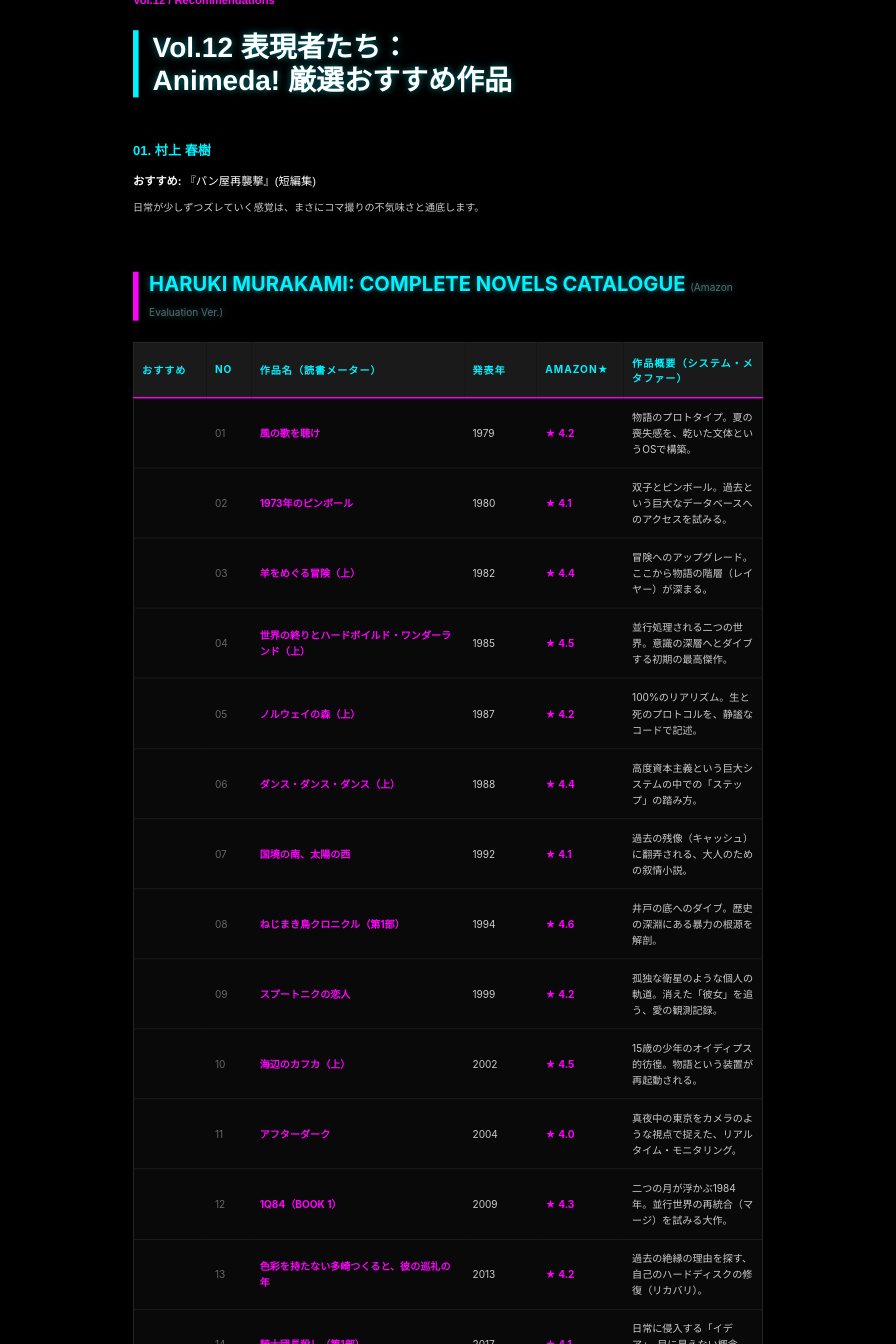
Repository: hamagoro/my-animation-site
Page: episodes/vol12-osusu.html
These files come from the project's save history. The page is drawn as it stood at one moment and after the next save; the edit follows.
The browser window is 1280 px wide. The pictures show the part of the page from y = 573 to 2493 px (the page is 5161 px tall before and 5079 px after), at 70% of full size.

Above is the page before, as saved 2026-01-31 21:38:10.

### episodes/vol12-osusu.html
<!DOCTYPE html>
<html lang="ja">
<head>
    <meta charset="UTF-8">
    <meta name="viewport" content="width=device-width, initial-scale=1.0">
    <title>Vol.12 おすすめ作品リスト - ストップモーションアニメ通信</title>
    <link rel="icon" href="../images/logo2.webp" type="image/webp">
    <link rel="stylesheet" href="../style.css">
</head>
<body style="background-color: #000; color: #fff;">

    <header class="main-header">
        <img src="../images/logo.webp" alt="The Animeda! Project" class="header-logo">
        <h1 class="header-title">ストップモーションアニメ通信</h1>
        <p class="header-subtitle">物質と魂が交差する、1fpsのアーカイブ</p>
    </header>

    <nav style="padding: 10px; display: flex; justify-content: space-between; font-weight: bold; max-width: 900px; margin: 0 auto; border-bottom: 1px solid #333; font-size: 0.8rem;">
        <a href="vol12.html" style="color: #00f2ff; text-decoration: none;">← Vol.12に戻る</a>
        <a href="../index.html" style="color: #ff00ff; text-decoration: none;">INDEXへ →</a>
    </nav>

    <article class="episode-container" style="max-width: 900px; margin: 0 auto; padding: 40px; text-align: left;">

        <header class="episode-header" style="margin-bottom: 60px;">
            <p style="color: #ff00ff; margin-bottom: 5px; font-weight: bold;">Vol.12 / Recommendations</p>
            <h2 style="font-size: 2.5rem; border-left: 8px solid #00f2ff; padding-left: 20px; line-height: 1.2; text-shadow: 0 0 10px rgba(0,242,255,0.5);">
                Vol.12 表現者たち：<br>Animeda! 厳選おすすめ作品
            </h2>
        </header>

        <!-- 01. 村上 春樹 -->
        <section id="murakami" style="margin-bottom: 60px; border-bottom: 1px solid #333; padding-bottom: 40px;">
            <h3 style="color: #00f2ff;">01. 村上 春樹</h3>
            <p><strong>おすすめ:</strong> 『パン屋再襲撃』(短編集)</p>
            <p style="color: #ccc; font-size: 0.9rem; line-height: 1.6;">日常が少しずつズレていく感覚は、まさにコマ撮りの不気味さと通底します。</p>

            <section style="margin-top: 80px; font-family: 'Inter', sans-serif;">
                <h3 style="color: #00f2ff; border-left: 8px solid #ff00ff; padding-left: 15px; font-size: 1.8rem; margin-bottom: 30px; text-shadow: 0 0 10px rgba(0,242,255,0.5);">
                    HARUKI MURAKAMI: COMPLETE NOVELS CATALOGUE <span style="font-size: 0.9rem; color: #666; font-weight: normal;">(Amazon Evaluation Ver.)</span>
                </h3>

                <style>
                    .archive-table {
                        width: 100%;
                        border-collapse: collapse;
                        font-size: 0.9rem;
                        color: #ccc;
                        background: rgba(10, 10, 10, 0.9);
                        border: 1px solid #333;
                    }
                    .archive-table th {
                        background: #1a1a1a;
                        color: #00f2ff;
                        padding: 18px 12px;
                        text-align: left;
                        border-bottom: 2px solid #ff00ff;
                        text-transform: uppercase;
                        letter-spacing: 0.1em;
                    }
                    .archive-table td {
                        padding: 15px 12px;
                        border-bottom: 1px solid #222;
                        line-height: 1.6;
                    }
                    .archive-table tr:hover {
                        background: rgba(255, 0, 255, 0.05);
                        transition: 0.3s;
                    }
                    .link-bookmeter {
                        color: #ff00ff;
                        text-decoration: none;
                        font-weight: bold;
                    }
                    .link-bookmeter:hover {
                        color: #00f2ff;
                        text-decoration: underline;
                    }
                    .rating-amazon {
                        color: #ff00ff;
                        font-weight: bold;
                        white-space: nowrap;
                    }
                    .recomm-cell {
                        text-align: center;
                        width: 80px;
                    }
                    .no-cell {
                        color: #666;
                        width: 40px;
                    }
                </style>

                <div style="overflow-x: auto; box-shadow: 0 0 30px rgba(0,0,0,0.5);">
                    <table class="archive-table">
                        <thead>
                            <tr>
                                <th class="recomm-cell">おすすめ</th>
                                <th class="no-cell">No</th>
                                <th style="width: 280px;">作品名（読書メーター）</th>
                                <th style="width: 80px;">発表年</th>
                                <th style="width: 100px;">Amazon★</th>
                                <th>作品概要（システム・メタファー）</th>
                            </tr>
                        </thead>
                        <tbody>
                            <tr>
                                <td class="recomm-cell"></td><td class="no-cell">01</td>
                                <td><a href="https://bookmeter.com/books/580042" target="_blank" class="link-bookmeter">風の歌を聴け</a></td>
                                <td>1979</td><td class="rating-amazon">★ 4.2</td>
                                <td>物語のプロトタイプ。夏の喪失感を、乾いた文体というOSで構築。</td>
                            </tr>
                            <tr>
                                <td class="recomm-cell"></td><td class="no-cell">02</td>
                                <td><a href="https://bookmeter.com/books/570715" target="_blank" class="link-bookmeter">1973年のピンボール</a></td>
                                <td>1980</td><td class="rating-amazon">★ 4.1</td>
                                <td>双子とピンボール。過去という巨大なデータベースへのアクセスを試みる。</td>
                            </tr>
                            <tr>
                                <td class="recomm-cell"></td><td class="no-cell">03</td>
                                <td><a href="https://bookmeter.com/books/549485" target="_blank" class="link-bookmeter">羊をめぐる冒険（上）</a></td>
                                <td>1982</td><td class="rating-amazon">★ 4.4</td>
                                <td>冒険へのアップグレード。ここから物語の階層（レイヤー）が深まる。</td>
                            </tr>
                            <tr>
                                <td class="recomm-cell"></td><td class="no-cell">04</td>
                                <td><a href="https://bookmeter.com/books/430984" target="_blank" class="link-bookmeter">世界の終りとハードボイルド・ワンダーランド（上）</a></td>
                                <td>1985</td><td class="rating-amazon">★ 4.5</td>
                                <td>並行処理される二つの世界。意識の深層へとダイブする初期の最高傑作。</td>
                            </tr>
                            <tr>
                                <td class="recomm-cell"></td><td class="no-cell">05</td>
                                <td><a href="https://bookmeter.com/books/576954" target="_blank" class="link-bookmeter">ノルウェイの森（上）</a></td>
                                <td>1987</td><td class="rating-amazon">★ 4.2</td>
                                <td>100%のリアリズム。生と死のプロトコルを、静謐なコードで記述。</td>
                            </tr>
                            <tr>
                                <td class="recomm-cell"></td><td class="no-cell">06</td>
                                <td><a href="https://bookmeter.com/books/573060" target="_blank" class="link-bookmeter">ダンス・ダンス・ダンス（上）</a></td>
                                <td>1988</td><td class="rating-amazon">★ 4.4</td>
                                <td>高度資本主義という巨大システムの中での「ステップ」の踏み方。</td>
                            </tr>
                            <tr>
                                <td class="recomm-cell"></td><td class="no-cell">07</td>
                                <td><a href="https://bookmeter.com/books/573056" target="_blank" class="link-bookmeter">国境の南、太陽の西</a></td>
                                <td>1992</td><td class="rating-amazon">★ 4.1</td>
                                <td>過去の残像（キャッシュ）に翻弄される、大人のための叙情小説。</td>
                            </tr>
                            <tr>
                                <td class="recomm-cell"></td><td class="no-cell">08</td>
                                <td><a href="https://bookmeter.com/books/570732" target="_blank" class="link-bookmeter">ねじまき鳥クロニクル（第1部）</a></td>
                                <td>1994</td><td class="rating-amazon">★ 4.6</td>
                                <td>井戸の底へのダイブ。歴史の深淵にある暴力の根源を解剖。</td>
                            </tr>
                            <tr>
                                <td class="recomm-cell"></td><td class="no-cell">09</td>
                                <td><a href="https://bookmeter.com/books/580041" target="_blank" class="link-bookmeter">スプートニクの恋人</a></td>
                                <td>1999</td><td class="rating-amazon">★ 4.2</td>
                                <td>孤独な衛星のような個人の軌道。消えた「彼女」を追う、愛の観測記録。</td>
                            </tr>
                            <tr>
                                <td class="recomm-cell"></td><td class="no-cell">10</td>
                                <td><a href="https://bookmeter.com/books/580049" target="_blank" class="link-bookmeter">海辺のカフカ（上）</a></td>
                                <td>2002</td><td class="rating-amazon">★ 4.5</td>
                                <td>15歳の少年のオイディプス的彷徨。物語という装置が再起動される。</td>
                            </tr>
                            <tr>
                                <td class="recomm-cell"></td><td class="no-cell">11</td>
                                <td><a href="https://bookmeter.com/books/515285" target="_blank" class="link-bookmeter">アフターダーク</a></td>
                                <td>2004</td><td class="rating-amazon">★ 4.0</td>
                                <td>真夜中の東京をカメラのような視点で捉えた、リアルタイム・モニタリング。</td>
                            </tr>
                            <tr>
                                <td class="recomm-cell"></td><td class="no-cell">12</td>
                                <td><a href="https://bookmeter.com/books/580844" target="_blank" class="link-bookmeter">1Q84（BOOK 1）</a></td>
                                <td>2009</td><td class="rating-amazon">★ 4.3</td>
                                <td>二つの月が浮かぶ1984年。並行世界の再統合（マージ）を試みる大作。</td>
                            </tr>
                            <tr>
                                <td class="recomm-cell"></td><td class="no-cell">13</td>
                                <td><a href="https://bookmeter.com/books/9924272" target="_blank" class="link-bookmeter">色彩を持たない多崎つくると、彼の巡礼の年</a></td>
                                <td>2013</td><td class="rating-amazon">★ 4.2</td>
                                <td>過去の絶縁の理由を探す、自己のハードディスクの修復（リカバリ）。</td>
                            </tr>
                            <tr>
                                <td class="recomm-cell"></td><td class="no-cell">14</td>
                                <td><a href="https://bookmeter.com/books/11330911" target="_blank" class="link-bookmeter">騎士団長殺し（第1部）</a></td>
                                <td>2017</td><td class="rating-amazon">★ 4.1</td>
                                <td>日常に侵入する「イデア」。目に見えない概念を、物語として視覚化。</td>
                            </tr>
                            <tr>
                                <td class="recomm-cell"></td><td class="no-cell">15</td>
                                <td><a href="https://bookmeter.com/books/20760514" target="_blank" class="link-bookmeter">街とその不確かな壁</a></td>
                                <td>2023</td><td class="rating-amazon">★ 4.4</td>
                                <td>40年の歳月を経てリビルドされた物語。影と本体、境界線の完結編。</td>
                            </tr>
                        </tbody>
                    </table>
                </div>

                <div style="margin-top: 40px; padding: 25px; border: 1px solid #00f2ff; background: rgba(0,242,255,0.03); border-radius: 4px;">
                    <h4 style="color: #00f2ff; margin-top: 0; font-size: 1.1rem;">🎓 ITパスポート・G検定 関連コメント</h4>
                    <div style="font-size: 0.9rem; line-height: 1.8; color: #aaa;">
                        <p><strong>ITパスポート（データマイニング）</strong>：Amazonの膨大なレビュー評価（★）を抽出し、読書メーターのリンクと結合（JOIN）させる工程は、複数のデータソースから有益な知見を引き出す **「データマイニング」** の一環です。情報の一貫性を保つことがシステムの信頼性に直結します。</p>
                        <p><strong>G検定（アンサンブル学習）</strong>：Amazonという「大衆の評価」と、読書メーターという「愛好家の視点」という異なるモデルの出力を組み合わせることは、複数のモデルで精度を高める **「アンサンブル学習」** の手法に似ています。多角的な評価軸が、より確実な作品選定へと導きます。</p>
                    </div>
                </div>
            </section>
        </section>

        <!-- 02. 宮沢 和史 -->
        <section id="miyazawa" style="margin-bottom: 60px; border-bottom: 1px solid #333; padding-bottom: 40px;">
            <h3 style="color: #ff00ff;">02. 宮沢 和史</h3>
            <p><strong>おすすめ:</strong> 『極東サンバ』(アルバム)</p>
            <p style="color: #ccc; font-size: 0.9rem; line-height: 1.6;">様々な国のリズムを分解・再構築した、音楽的なコラージュ作品。</p>
        </section>

        <!-- 03. ウディ・アレン -->
        <section id="woody" style="margin-bottom: 60px; border-bottom: 1px solid #333; padding-bottom: 40px;">
            <h3 style="color: #00f2ff;">03. ウディ・アレン</h3>
            <p><strong>おすすめ:</strong> 『カイロの紫のバラ』</p>
            <p style="color: #ccc; font-size: 0.9rem; line-height: 1.6;">映画の中からキャラクターが出てくるという設定は、虚構と現実の境界を曖昧にします。</p>
        </section>

        <!-- 04. の子 -->
        <section id="noko" style="margin-bottom: 60px; border-bottom: 1px solid #333; padding-bottom: 40px;">
            <h3 style="color: #ff00ff;">04. の子</h3>
            <p><strong>おすすめ:</strong> 『るるちゃんの自殺配信』</p>
            <p style="color: #ccc; font-size: 0.9rem; line-height: 1.6;">ポップなメロディに乗せた強烈な歌詞。ノイズ混じりの映像世界。</p>
        </section>

        <!-- 05. マキシマムザ亮君 -->
        <section id="ryokun" style="margin-bottom: 60px; border-bottom: 1px solid #333; padding-bottom: 40px;">
            <h3 style="color: #00f2ff;">05. マキシマムザ亮君</h3>
            <p><strong>おすすめ:</strong> 『予襲復讐』(アルバム解説本)</p>
            <p style="color: #ccc; font-size: 0.9rem; line-height: 1.6;">歌詞カードの裏設定まで読み込むことで完成する、執念のエンターテインメント。</p>
        </section>

        <!-- 06. 平田 オリザ -->
        <section id="oriza" style="margin-bottom: 60px; border-bottom: 1px solid #333; padding-bottom: 40px;">
            <h3 style="color: #ff00ff;">06. 平田 オリザ</h3>
            <p><strong>おすすめ:</strong> 『演劇入門』(新書)</p>
            <p style="color: #ccc; font-size: 0.9rem; line-height: 1.6;">「会話」を秒単位で制御する演出論は、アニメーター必読の書。</p>
        </section>

        <!-- 07. 宇多丸 -->
        <section id="utamaru" style="margin-bottom: 60px; border-bottom: 1px solid #333; padding-bottom: 40px;">
            <h3 style="color: #00f2ff;">07. 宇多丸</h3>
            <p><strong>おすすめ:</strong> 『アフター6ジャンクション』(ラジオ)</p>
            <p style="color: #ccc; font-size: 0.9rem; line-height: 1.6;">カルチャーを分解し、文脈を接続する語り口は編集作業そのもの。</p>
        </section>

        <!-- 08. 村田 沙也加 -->
        <section id="murata" style="margin-bottom: 60px; border-bottom: 1px solid #333; padding-bottom: 40px;">
            <h3 style="color: #ff00ff;">08. 村田 沙也加</h3>
            <p><strong>おすすめ:</strong> 『地球星人』</p>
            <p style="color: #ccc; font-size: 0.9rem; line-height: 1.6;">人間を「部品」として捉えるような視点は、パペットアニメの残酷さと美しさに通じます。</p>
        </section>

    </article>

    <nav style="padding: 40px 10px; display: flex; justify-content: space-between; font-weight: bold; max-width: 900px; margin: 0 auto; border-top: 1px solid #333; font-size: 0.8rem;">
        <a href="vol12.html" style="color: #00f2ff; text-decoration: none;">← Vol.12に戻る</a>
        <a href="../index.html" style="color: #ff00ff; text-decoration: none;">INDEXへ →</a>
    </nav>

    <footer class="main-footer" style="padding: 80px 20px; text-align: center; border-top: 4px solid #ff00ff; background: #000;">
        <img src="../images/logo.webp" alt="Logo" class="footer-logo" style="max-width: 180px; margin-bottom: 20px;">
        <p class="footer-credit" style="color: #00f2ff; font-weight: 900;">© 2026 The Animeda! Project</p>
    </footer>

</body>
</html>

### style.css
/* --- 共通：ネオンヘッダーの定義 --- */
body {
    background-color: #000 !important;
    color: #ffffff !important;
    font-family: 'Helvetica Neue', Arial, 'Hiragino Kaku Gothic ProN', 'Hiragino Sans', Meiryo, sans-serif;
    margin: 0;
}

/* ヘッダー全体の共通スタイル */
.main-header {
    padding: 80px 20px;
    text-align: center;
    background: radial-gradient(circle at center, #1a1a1a 0%, #000 100%);
    position: relative;
    overflow: hidden;
    border-bottom: 3px solid #333;
}

/* ロゴ背後のネオン光 */
.main-header::before {
    content: "";
    position: absolute;
    top: 40%; left: 50%;
    transform: translate(-50%, -50%);
    width: 400px; height: 150px;
    background: rgba(255, 0, 255, 0.7);
    filter: blur(80px);
    z-index: 0;
}

.header-logo {
    position: relative; z-index: 1;
    max-width: 320px;
    filter: drop-shadow(0 0 20px rgba(255, 0, 255, 1));
    margin-bottom: 20px;
}

.header-title {
    position: relative; z-index: 1;
    font-size: 2.5rem; font-weight: 900;
    text-shadow: 0 0 15px #ff00ff, 0 0 30px #ff00ff;
    margin: 0;
}

.header-subtitle {
    position: relative; z-index: 1;
    color: #00f2ff; font-weight: bold;
    text-shadow: 0 0 10px #00f2ff;
    letter-spacing: 0.15em; margin-top: 15px;
}

/* フッターのネオン共通スタイル */
.main-footer {
    padding: 80px 20px;
    text-align: center;
    background: #000;
    border-top: 4px solid #ff00ff;
    margin-top: 50px;
}

.footer-logo {
    max-width: 150px;
    filter: drop-shadow(0 0 15px rgba(255, 0, 255, 0.7));
}

.footer-credit {
    color: #00f2ff; font-weight: 900;
    text-shadow: 0 0 10px rgba(0, 242, 255, 0.5);
    margin-top: 15px;
}

After the next save:
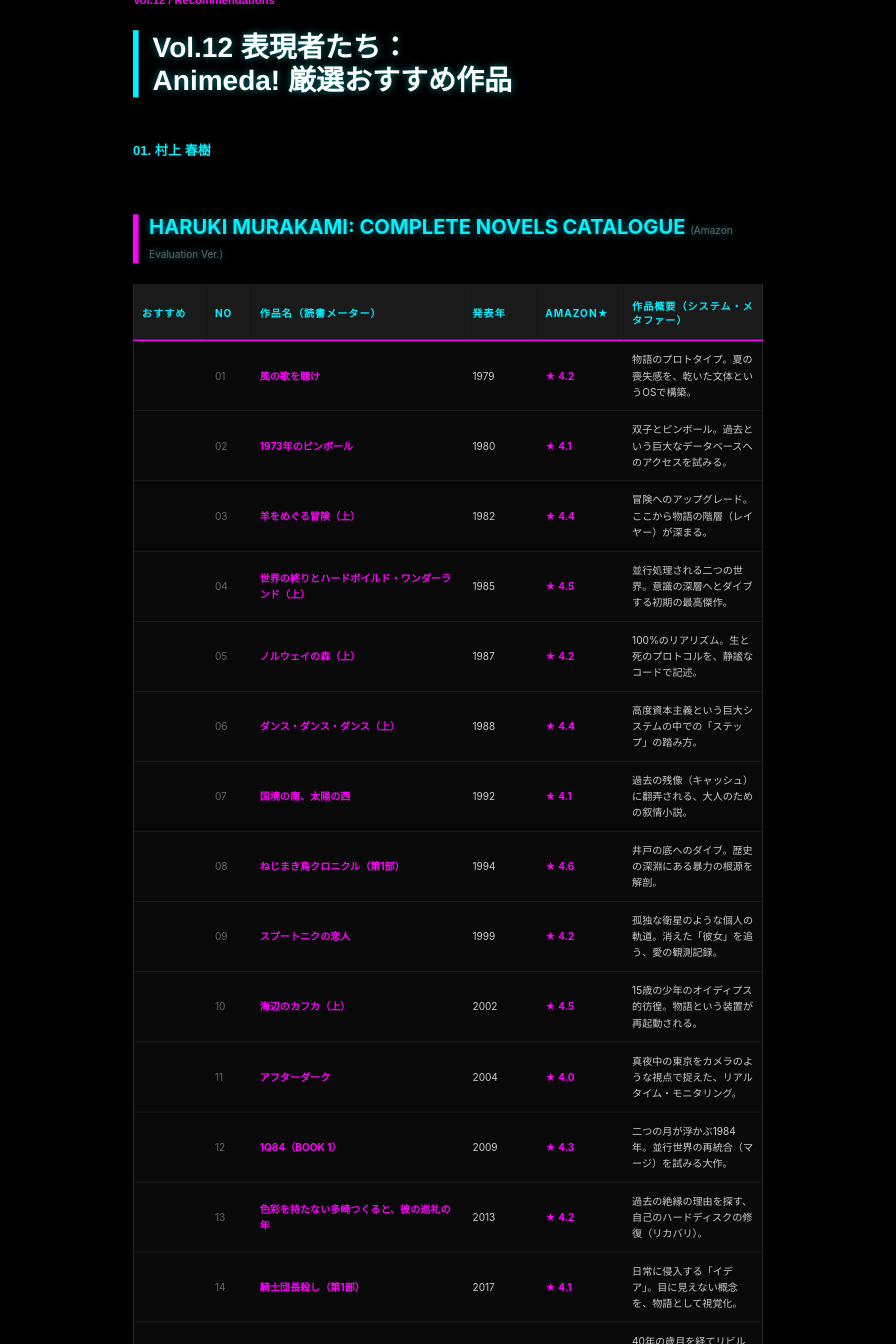
Saved 2 min 26 s later.
--- a/episodes/vol12-osusu.html
+++ b/episodes/vol12-osusu.html
@@ -32,8 +32,6 @@
         <!-- 01. 村上 春樹 -->
         <section id="murakami" style="margin-bottom: 60px; border-bottom: 1px solid #333; padding-bottom: 40px;">
             <h3 style="color: #00f2ff;">01. 村上 春樹</h3>
-            <p><strong>おすすめ:</strong> 『パン屋再襲撃』(短編集)</p>
-            <p style="color: #ccc; font-size: 0.9rem; line-height: 1.6;">日常が少しずつズレていく感覚は、まさにコマ撮りの不気味さと通底します。</p>
 
             <section style="margin-top: 80px; font-family: 'Inter', sans-serif;">
                 <h3 style="color: #00f2ff; border-left: 8px solid #ff00ff; padding-left: 15px; font-size: 1.8rem; margin-bottom: 30px; text-shadow: 0 0 10px rgba(0,242,255,0.5);">
